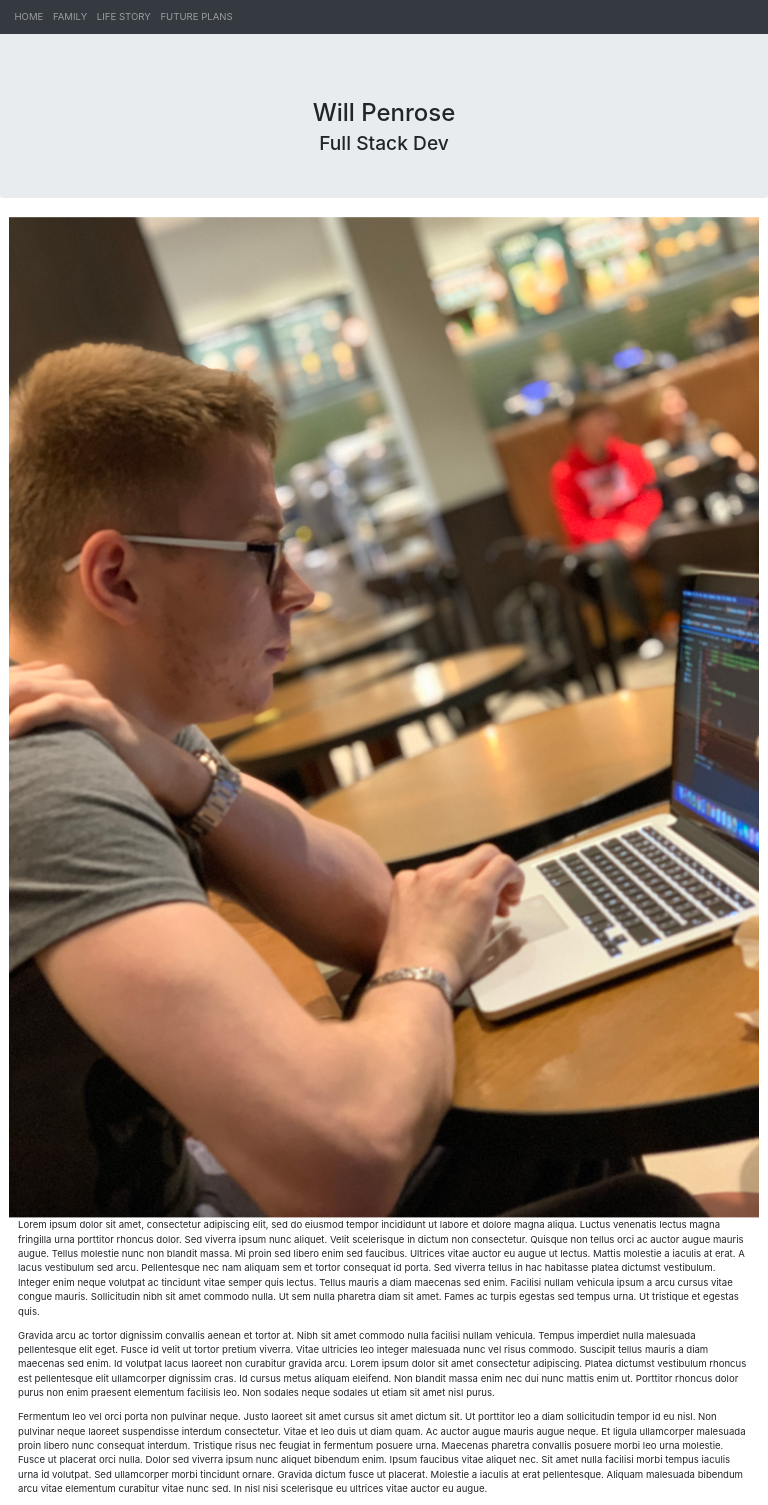
Repository: Code-Institute-Submissions/user-centric-frontend-dev-milestone-project
Page: index.html
The author's editor kept a record of every edit. The page is drawn from the files as they stood at one moment, then again after the next edit.
The browser window is 1280 px wide. The pictures show the whole page, at 60% of full size.

Above is the page before.

After the next edit:
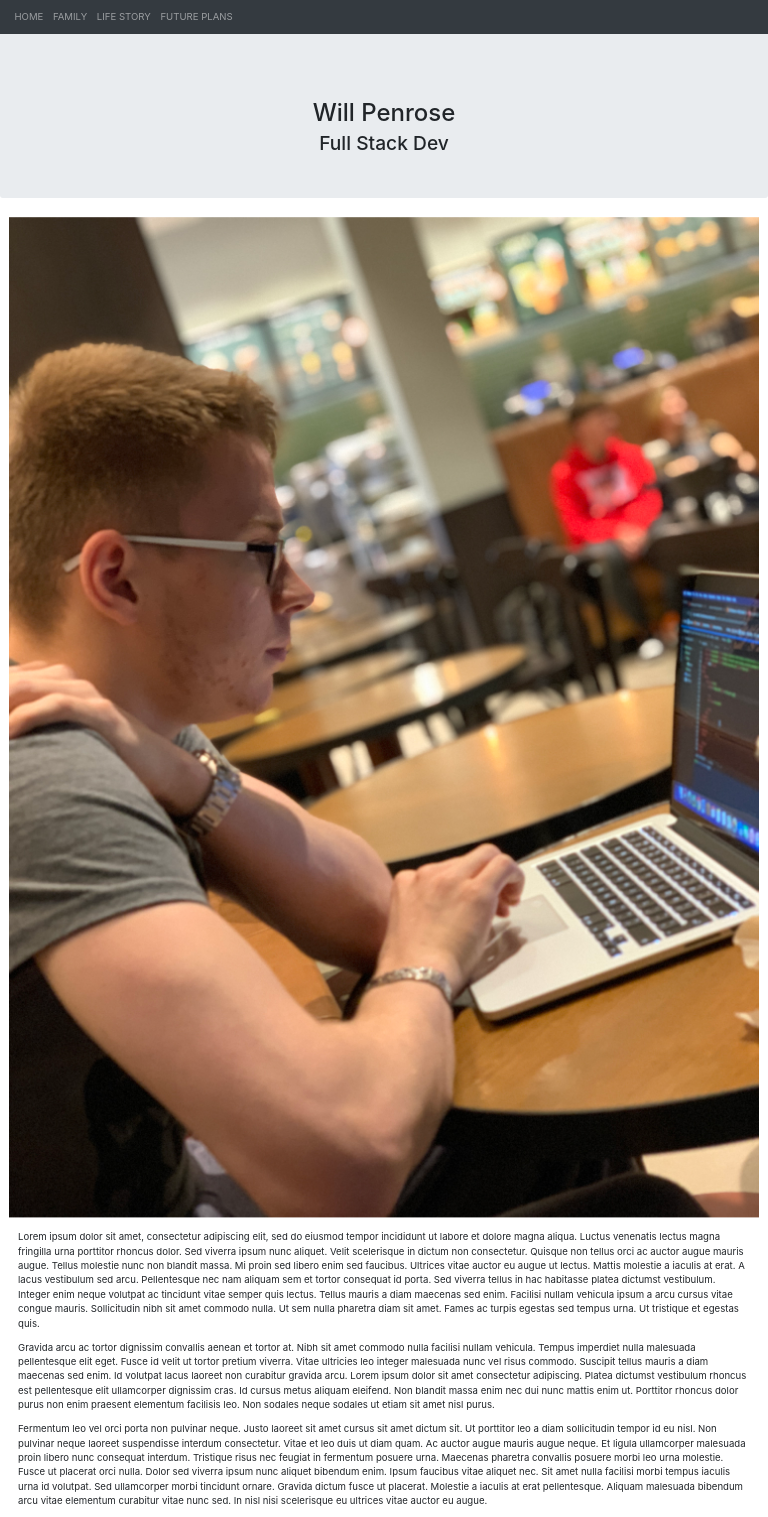
The edit:
--- a/index.html
+++ b/index.html
@@ -56,7 +56,7 @@
                     <img src="assets/images/will.jpg" class="image"></img>
                 </div>
             </div>
-            <div class="col-sm-12 col-md-12home-paragraphs">
+            <div class="col-sm-12 col-md-12 home-paragraphs">
                 <p>
                     Lorem ipsum dolor sit amet, consectetur adipiscing elit, sed do eiusmod tempor incididunt ut labore et dolore magna aliqua. Luctus venenatis lectus magna fringilla urna porttitor rhoncus dolor. Sed viverra ipsum nunc aliquet. Velit scelerisque in dictum
                     non consectetur. Quisque non tellus orci ac auctor augue mauris augue. Tellus molestie nunc non blandit massa. Mi proin sed libero enim sed faucibus. Ultrices vitae auctor eu augue ut lectus. Mattis molestie a iaculis at erat. A lacus
